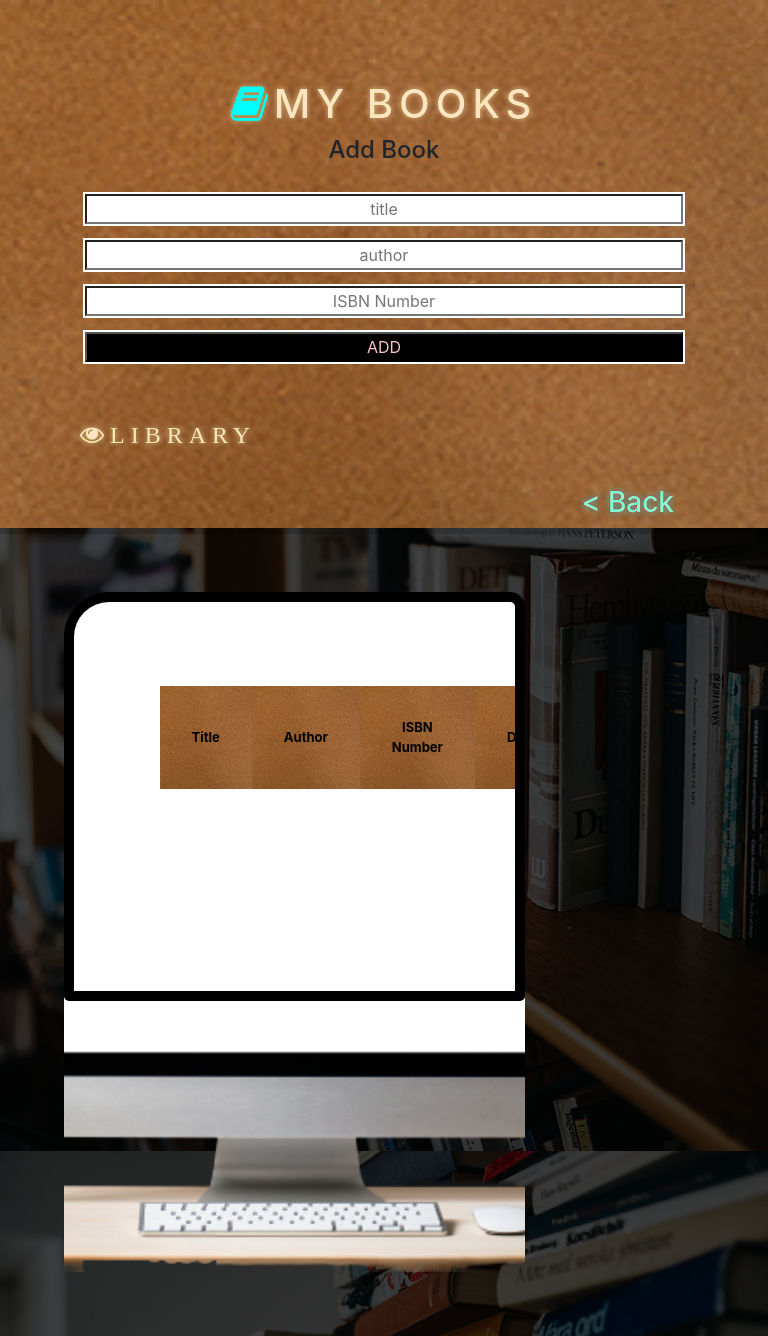
Repository: CSituma/Home-Library-App
Page: libu.html
An editor plug-in stored every save of this project. The page is shown before and after the next save, followed by the edit.
The browser window is 768 px wide. The pictures show the whole page.
Backgrounds fixed to the window are drawn as part of the page. Some web libraries are served in a nearby version.

Above is the page before, as saved 2020-11-10 22:04:27.

### libu.html
<!DOCTYPE html>
<html lang="en">
<head>
    <meta charset="UTF-8">
    <meta name="viewport" content="width=device-width, initial-scale=1.0">
    <meta http-equiv="X-UA-Compatible" content="ie=edge">
    <link rel="stylesheet" href="style.css">
    <link rel="stylesheet" href="https://cdnjs.cloudflare.com/ajax/libs/font-awesome/4.7.0/css/font-awesome.min.css"/>
<link rel="stylesheet" href="https://stackpath.bootstrapcdn.com/bootstrap/4.5.0/css/bootstrap.min.css" integrity="sha384-9aIt2nRpC12Uk9gS9baDl411NQApFmC26EwAOH8WgZl5MYYxFfc+NcPb1dKGj7Sk" crossorigin="anonymous"/>
<link rel="stylesheet" href="https://cdnjs.cloudflare.com/ajax/libs/animate.css/4.0.0/animate.min.css"/>
  <title>BOOK TRACKER</title>
</head>
<body>
    <div class="columns">
        <div class="js">

            <h1><i class="fa fa-book"></i>MY BOOKS</h1>
                        <h4>Add Book</h4>
            <form id="form">
                <input type= "text" id= "title"  placeholder="title">
                <input type= "text" id= "author" placeholder="author" >
                <input type= "text" id= "number" placeholder="ISBN Number">
                <input type= "submit"id= "button" value="ADD">
            </form>
        <h3> <a href= "./index.html"> < Back </a></h3>
        <h4 id="libur"><a href= "#storage"><i class="fa fa-eye">LIBRARY</i></a></h4>

        </div>
        <div class="storage" id="storage" >
              <div class="storage_items">
        <table id="table">
            <thead>
                <tr>
                <th id="title">Title</th>
                <th>Author</th>
                <th>ISBN Number</th>
                <th>Delete</th>
                </tr>
                </thead>
                <tbody class="Booklist" id="booklist">
                </tbody>
            </table>
            </div>
        </div>
</div>
    <script src="lib.js"></script>
 </body>
 </html>

### style.css
/*homepage//////////////*/
body,
html {
  max-width: 100%;
  margin: 0;
  padding: 0;
  max-height: 100%;
  background: url("./images/sandra-seitamaa-qkIWnKtGhg4-unsplash.jpg")
    center/cover no-repeat fixed;
}

.container {
  margin: 10em 20em 20em 20em;
  height: 400px;
  width: 40%;
  background-color: rgba(146, 116, 15, 0.445);
  text-align: center;
}

.lol {
  padding-top: 5em;
  font-weight: 800;
  font-style: italic;
}
span {
  color: yellow;
  font-weight: 400;
}
#lolone {
  color: ghostwhite;
}

h3 {
  padding-top: 4em;
  float: right;
  margin-right: 0.5em;
  font-weight: 900;
  font-size: 2rem;
  text-shadow: 0 0 3px #FF0000, 0 0 5px aqua;
}

h3 a {
  text-decoration: none;
 color: aquamarine;

}

h3 a:hover {
  text-decoration: none;
  color: burlywood;
}

#you {
  padding: 1rem;
  color: gold;
}

/*library////////////////*/
.columns {
  display: flex;
  justify-content: space-between;
  max-width: 100%;
  max-height: 100%;
  background: rgba(0, 0, 0, 0.692);

}
h1{
  letter-spacing: 6px;
  text-shadow: 0 0 3px olive, 0 0 5px pink;
  padding-top:2em;
  margin: 0;
  color: bisque;

}
table {
  background: black;
  width: 100%;
  margin:0.5em;
  margin-left:0.2em;
  text-align: center;
  color:white;

}


td{
  margin: 2em;
}
tr{
  border-left: white 5px solid;
  height: 40px;
}
th {
  color: black;
  background:url('./images/josephine-bredehoft-KsAo8ouBn8A-unsplash.jpg') center/cover no-repeat;
  outline: none;
}
tbody tr:nth-child(odd){
  background:white;
 color: olive;
}
tbody tr:nth-child(odd):hover {
  box-shadow: 0 0 0 2px white;

}
tbody tr:nth-child(even){
background:black;

}
tbody tr:nth-child(even):hover{
  box-shadow: 0 0 0 2px gray;
}

 .fa {
   color:aqua;
 }
 .fa:hover{
   font-size:1.6rem;
 }
form {
  padding: 0.3em;
  margin-top: 1em;
}

form input {
  width: 100%;
  margin: 0.5em 0;
  -webkit-box-shadow: 0 0 0 2px white;
  box-shadow: 0 0 0 2px white;
}

:placeholder-shown {
  text-align: center;
}

#button {
  color: pink;
  background-color: black;
}

/*/////////////////////////////////*/
.storage_items {

  background-color: white;
  width:100%;
  max-height: 70%;
  margin-left: 8em;
  margin-top: 5em;
  margin-bottom: 2em;
  border: rgb(0, 0, 0) 5px solid;
  border-style: groove;
  padding-bottom: 15em;
  overflow: scroll;
  scroll-behavior: smooth;
  scrollbar-width: 2px;
}
.storage {
  background:url("./images/1463-removebg-preview.png") center/cover no-repeat;
  width: 60%;
  height: 85vh;
  margin: 6em 3em 6em 0;
  border-radius: 3px;

}
.js {
  -webkit-box-shadow: 0 0 0 6px rgba(0, 0, 0, 0.191);
  box-shadow: 0 0 0 6px rgba(0, 0, 0, 0.191);
  text-align: center;
  width: 40%;
  margin: 6em 0em 6em 3em;
  background: url("./images/josephine-bredehoft-KsAo8ouBn8A-unsplash.jpg")
    center/cover no-repeat;
}

#libur .fa{
  margin-top: 2em;
 float: left;
 margin-left: 0;
color:bisque;
letter-spacing: 6px;
text-shadow: 0 0 3px olive, 0 0 5px pink;
}

@media screen and (max-width:1000px) {
  .storage{
    margin-right: 0;

    background: url("./images/719-removebg-preview.png") center/cover no-repeat;
  }
  .storage_items{
    margin:0;
    font-size: 13px;
   border: 10px solid black;
   border-radius: 45px;
   border-bottom-right-radius:5px;
   border-bottom-left-radius:5px;
   border-top-right-radius:15px;

   padding:0;
   padding-bottom: 15em;

}

.js{
  margin: 0;}


}

@media screen and (min-width:1000px) {

 .storage_items{
  max-height: 60%;
    width: 400px;
    height: 50%;
    margin-left: 10em;
    margin-top: 5.5em;

  }


 }

 @media screen and (max-width:800px)
 {
   .storage{
        max-width:100% ;
        margin: 4em;
   }
  .storage_items{
    margin-right:4em;
    font-size: 13px;
   border: 10px solid black;
   border-radius: 45px;
   border-bottom-right-radius:5px;
   border-bottom-left-radius:5px;
   border-top-right-radius:15px;
   padding:6em;
   padding-bottom: 15em;

}
.columns{
  flex-direction: column;
}
th{
  margin: 0;
  padding:2rem;
}
.js{
  width:100%;
  padding: 0 5em;
 }

 }

### lib.js
// Book Class: Represents a Book
class Book {
  constructor(title, author, isbn) {
    this.title = title;
    this.author = author;
    this.isbn = isbn;
  }
}

// UI Class: Handle UI Tasks
class UI {
//display Books.//
static displayBooks () {
 const books = Store.getBooks();
 books.forEach(((book) =>
  UI.addBookToList(book)));
}


//addbooks
static addBookToList(book) {

const bookList = document.querySelector('#booklist');
const row = document.createElement('tr');

row.innerHTML= `<td>${book.title} </td>
               <td>${book.author}</td>
               <td>${book.isbn}</td>
              <td><i class="fa fa-trash-o"></i></td>`;

bookList.appendChild(row);

}


//deletebooks
static deleteBook(el){
 if(el.classList.contains('fa')){
   el.parentElement.parentElement.remove();
  }}

////show alert msg
static showAlert(message, className){
const div = document. createElement('div');
div.className = `alert alert-${className}`;
div.appendChild(document.createTextNode(message));
const button = document.getElementById('button');
const form = document.getElementById('form');


form.insertBefore(div, button);


//message vanishing//

setTimeout(() => {
  document.querySelector('.alert').remove();
}, 3000);

}

//clear fields//

static clearFields() {
  document.querySelector('#title').value = '';
  document.querySelector('#author').value = '';
  document.querySelector('#number').value = '';
}

}

///Events:
/* 1. Display Books */

document.addEventListener('DOMContentLoaded', UI.displayBooks);

/* 2. Add Books*/
document.querySelector("#form").addEventListener('submit',(e) =>
{
e.preventDefault();
///get form values//
const title = document.querySelector('#title').value;
const author = document.querySelector('#author').value;
const isbn = document.querySelector('#number').value;

  // Validate
 if(title ===''|| author===''|| isbn===''){
   UI.showAlert('Please fill in the Form', 'danger')
 }
else{
  //instantiate Book
  const book = new Book(title,author,isbn);

//////Adding
UI.addBookToList(book);

Store.addBook(book);

///Show Sucess Message
UI.showAlert('Added', 'success');
//Clearfields
UI.clearFields();


 }
}
);


/////3. Remove BOOK////
document.querySelector('#booklist').addEventListener('click', (e)=>{
e.preventDefault();
//deleting from UI

UI.deleteBook(e.target);
///deleting from Store
Store.removeBook(e.target.parentElement.previousElementSibling.textContent);
//Message
UI.showAlert('Book Deleted', 'danger');

}
);

///localStorage
class Store{
  static getBooks(){
    let books;
   if (localStorage.getItem('books') === null){
     books = [];
   }
   else {
     books = JSON.parse(localStorage.getItem('books'));
   }
   return books;
  }

  static addBook(book){
    const books= Store.getBooks();
    books.push(book);
   localStorage.setItem('books',JSON.stringify(books));
  }
  static removeBook(isbn) {
    const books = Store.getBooks();

    books.forEach((book, index) => {
      if(book.isbn === isbn) {
        books.splice(index, 1);
      }
    });
    localStorage.setItem('books', JSON.stringify(books));
  }
}

After the next save:
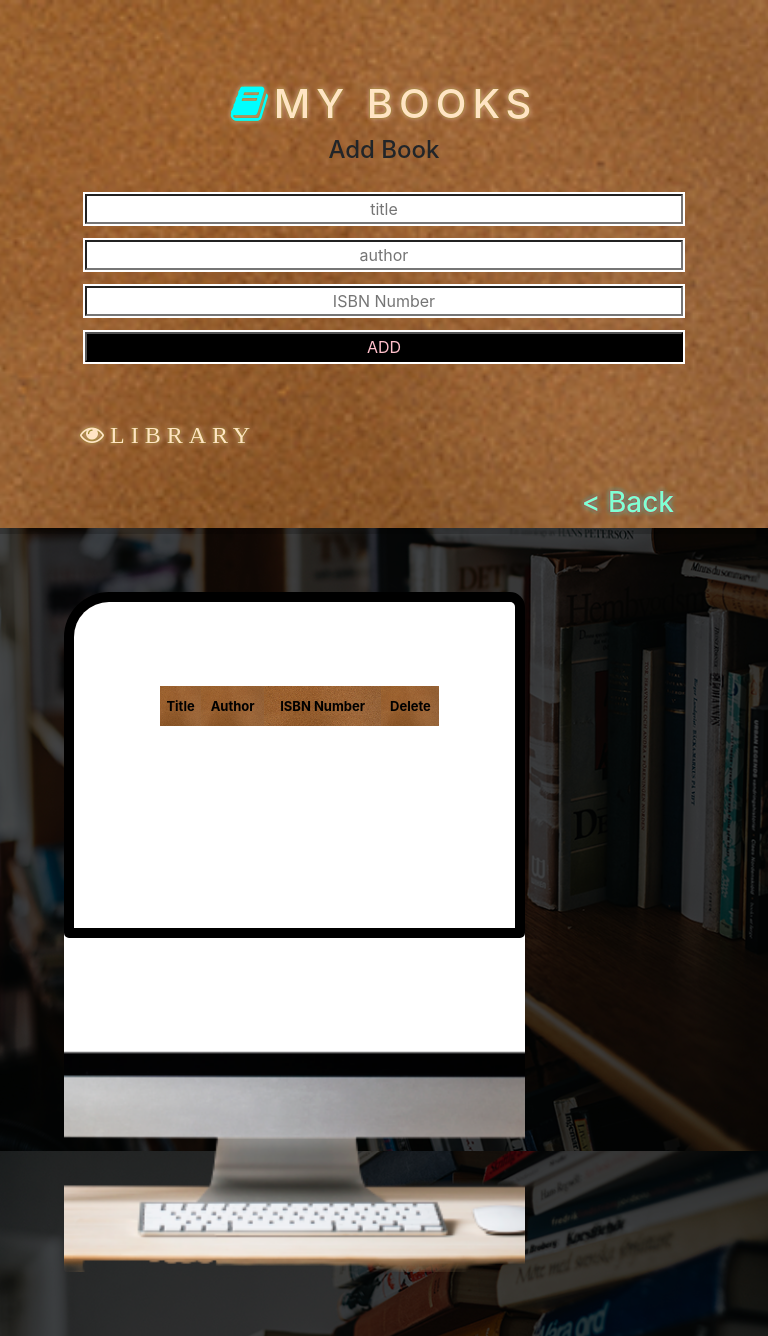
Saved 12 s later.
--- a/style.css
+++ b/style.css
@@ -244,7 +244,7 @@ text-shadow: 0 0 3px olive, 0 0 5px pink;
 }
 th{
   margin: 0;
-  padding:2rem;
+
 }
 .js{
   width:100%;
